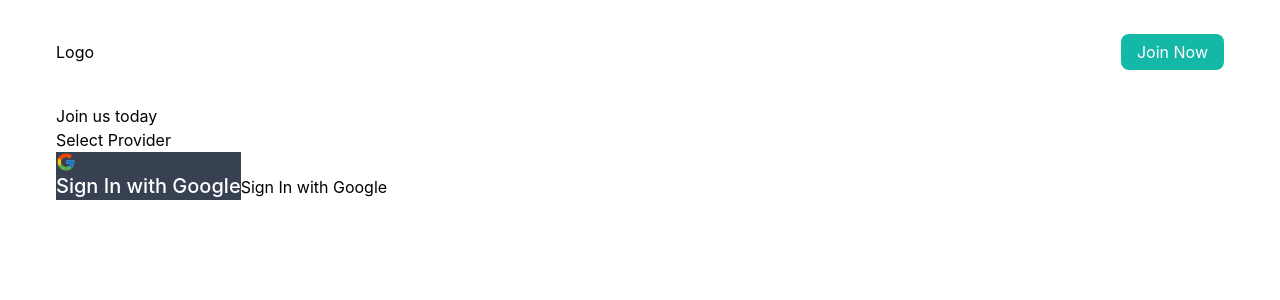
Repository: arafatmollah/auth-app
Page: /auth/login
An editor plug-in stored every save of this project. The page is shown before and after the next save, followed by the edit.
The browser window is 1280 px wide. The pictures show the whole page.
The project was rebuilt for these pictures with package versions that can differ from the ones it lists, and the page was loaded fresh each time. The framework's server and built-in components were replaced by stand-ins that run in the browser. Also part of the build but not shown: next.config.js.

Above is the page before, as saved 2022-10-03 21:04:38.

After the next save:
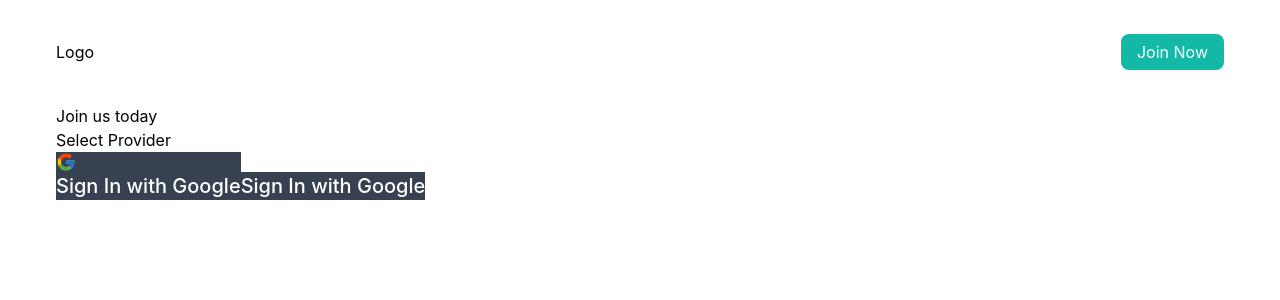
Saved 51 s later.
--- a/pages/auth/login.js
+++ b/pages/auth/login.js
@@ -11,7 +11,7 @@ export default function () {
                 <button className='bg-gray-700 text-white text-xl font-medium'>
                     <FcGoogle></FcGoogle>
                     Sign In with Google</button>
-                <button>Sign In with Google</button>
+                <button className='bg-gray-700 text-white text-xl font-medium'>Sign In with Google</button>
             </div>
         </div>
     </div>
